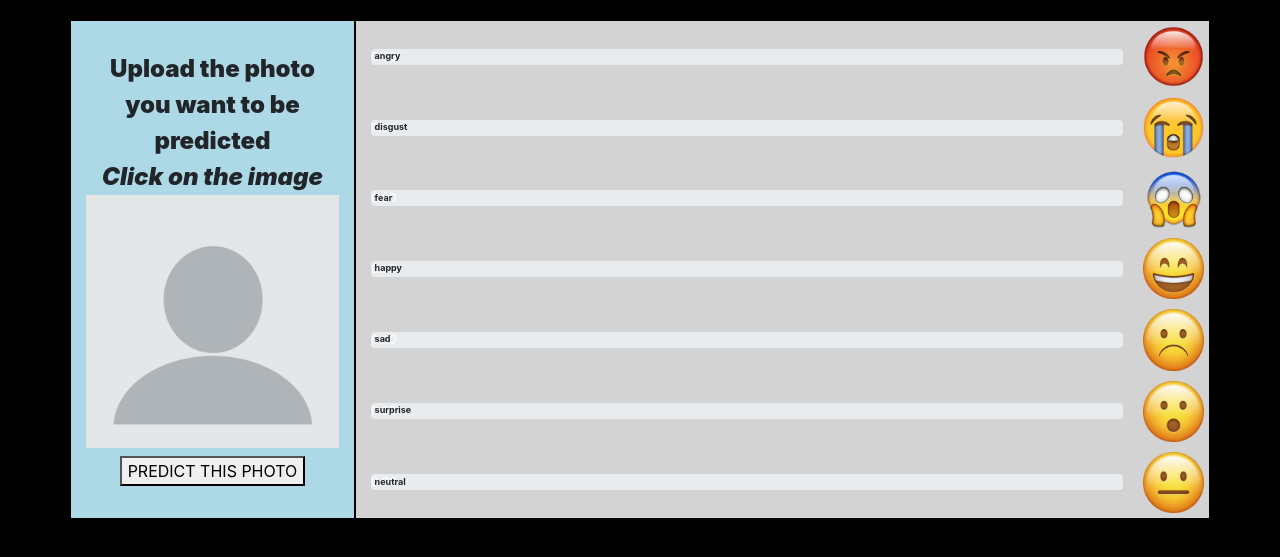
Repository: Jermaniac/TrabajoFinGradoGerman
Page: / (app in webprojectREACT/webexpresssionproject/)
These files come from the project's save history. The page is drawn as it stood at one moment and after the next save; the edit follows.
The browser window is 1280 px wide. The pictures show the whole page.
The project was rebuilt for these pictures with package versions that can differ from the ones it lists, and the page was loaded fresh each time.

Above is the page before, as saved 2021-05-05 13:25:58.

### webprojectREACT/webexpresssionproject/public/index.html
<!DOCTYPE html>
<html lang="en">
  <head>
    <meta charset="utf-8" />
    <link rel="icon" href="%PUBLIC_URL%/favicon.ico" />
    <meta name="viewport" content="width=device-width, initial-scale=1" />
    <meta name="theme-color" content="#000000" />
    <meta
      name="description"
      content="Web site created using create-react-app"
    />
    <title>Expression App</title>
  </head>
  <body>
    <div id="root"></div>
  </body>
</html>

### webprojectREACT/webexpresssionproject/src/index.js
import React from 'react';
import ReactDOM from 'react-dom';
import App from './components/App';
import './index.css'
// Bootstrap support for React
import 'bootstrap/dist/css/bootstrap.min.css'

import { configureStore } from './redux/configureStore'
import { Provider } from 'react-redux';

const store= configureStore();

const Root = (
  <Provider store={store}>
    <App />
  </Provider>
);

const rootElement = document.getElementById('root');

ReactDOM.render(
  Root,
  rootElement
);

### webprojectREACT/webexpresssionproject/src/components/App.jsx
import React from 'react'

import InfoExpressions from './InfoComponent'

import '../styles/App.css'
import { changeExpressions, changePhoto } from '../redux/actionCreators';

import { connect } from 'react-redux'
import FormComponent from './FormComponent';

const mapStateToProps = state => {
  return {
    expressions: state.expressions,
    photo: state.photo
  }
};

const mapDispatchToProps = dispatch => ({
  changeExpressions: (expressions) => dispatch(changeExpressions(expressions)),
  changePhoto: (photo) => dispatch(changePhoto(photo))
});

class App extends React.Component {

  render () {
    return (
        <div className="container">
          <div className="row">
              <FormComponent changeExpressions={this.props.changeExpressions}
              changePhoto={this.props.changePhoto}
              photo={this.props.photo}
              ></FormComponent>
              <InfoExpressions  expressions={this.props.expressions} ></InfoExpressions>
          </div>
        </div>
    );
  }

}

export default ( connect ( mapStateToProps, mapDispatchToProps )( App ))

### webprojectREACT/webexpresssionproject/src/redux/configureStore.js

import { createStore, combineReducers} from 'redux';
import { expressions } from './expressions'
import { photo } from './photo'

const combination = combineReducers({
    expressions,
    photo
});

export const configureStore = () => {

    const store = createStore(
        combination,
        // activate redux dev tools in browser
        window.__REDUX_DEVTOOLS_EXTENSION__ && window.__REDUX_DEVTOOLS_EXTENSION__()

    );

    return store;
}

### webprojectREACT/webexpresssionproject/src/components/InfoComponent.jsx
import React from 'react';
import '../styles/InfoComponent.css'

function InfoComponent({ expressions, photo }) {

  if (expressions) {
    let expressionsFormatted = formatProbabilities(expressions);

    return (
    <div className="col-12 col-md-8 col-lg-9" id="info">
        {
        expressionsFormatted.map((expression) => {
          let emojiSrc = `./assets/images/emoji_${expression.mood}.png`;
          return (
            <div className="row" key={expression.mood}>
              <div className="col-11">
                <div className="progress">
                  <div
                    id="barra"
                    className="progress-bar"
                    aria-valuemin="0"
                    aria-valuemax="100"
                    style={{ width: expression.probability + "%" }}
                  >
                    {expression.probability}
                  </div>
                  <span className="badge">{expression.mood}</span>
                </div>
              </div>
              <div className="col-1" id="imageEmoji">
                <img
                  src={emojiSrc}
                  alt="emoji"
                ></img>
              </div>
            </div>
          );
        })
        }
      </div>
    // <div></div>
    );
  } else {
    return (
          <div>
          </div>
    );
  }
}

function formatProbabilities(expressions){
    return expressions.map( (expression) => {
        return  {
            mood: expression.mood,
            probability: (expression.probability * 100).toFixed(2)
        }

    })

}

export default InfoComponent;

### webprojectREACT/webexpresssionproject/src/styles/App.css
.container {
    padding: 20px;
}

### webprojectREACT/webexpresssionproject/src/redux/actionCreators.js
import * as ActionTypes from './actionTypes'

export const changeExpressions = (expressions) => ({
    type: ActionTypes.CHANGE_EXPRESSIONS,
    payload: {
        expressions: expressions
    }
});

export const changePhoto = (photo) => ({
    type: ActionTypes.CHANGE_PHOTO,
    payload: {
        photoUrl: URL.createObjectURL(photo)
    }
})

### webprojectREACT/webexpresssionproject/src/components/FormComponent.jsx
import { useState } from 'react';
import ImageUploadService from '../services/image-upload.service';
import '../styles/FormComponent.css'

function FormComponent({ changeExpressions, changePhoto, photo }) {

  const [getPhotoFile, setPhotoFile] = useState();

  const selectPhoto = (event) => {
    const photoSelect = event.target.files[0];
    setPhotoFile(photoSelect);
    changePhoto(photoSelect);
  };

  const requestPredict = () => {
    ImageUploadService.getMood(getPhotoFile).then((response) => {
      if (response) {
        console.log("Call API success!");
        changeExpressions(response.expressions);
      } else {
        console.log("Call API failed.");
      }
    });
  };

  return (
    <div className="col-12 col-md-4 col-lg-3" id="form">
      <div className="row">
        <div id="title">Upload the photo you want to be predicted</div>
      </div>
      <div className="row">
        <div id="instruction">Click on the image</div>
      </div>
      <div className="row">
        <label htmlFor="photo">
          <input
            type="file"
            name="photo"
            id="photo"
            accept="image/*"
            style={{ display: "none" }}
            onChange={selectPhoto}
          ></input>
          <img src={photo.photoUrl} alt="blankPic"></img>
        </label>
      </div>
      <div className="row">
        <button id="buttonSubmit" onClick={requestPredict}>
          PREDICT THIS PHOTO
        </button>
      </div>
    </div>
  );
}

export default FormComponent;

### webprojectREACT/webexpresssionproject/src/redux/expressions.js
import { EXPRESSIONS } from '../shared/expressions';
import * as ActionTypes from './actionTypes'

export const expressions = ( state = EXPRESSIONS, action ) => {
    switch (action.type) {
        case ActionTypes.CHANGE_EXPRESSIONS:
            let expressions = action.payload.expressions;
            return expressions;
        default:
            return state;
    }
};

### webprojectREACT/webexpresssionproject/src/redux/photo.js
import { PHOTO } from '../shared/photo';
import * as ActionTypes from './actionTypes'

export const photo = ( state = PHOTO, action ) => {
    switch (action.type) {
        case ActionTypes.CHANGE_PHOTO:
            let photo = action.payload;
            return photo;
        default:
            return state;
    }
};

### webprojectREACT/webexpresssionproject/src/styles/InfoComponent.css
.container-fluid {
    display: grid;
}
.col-11 {
    align-self: center;
}

#info {
    background-color: lightgrey;
    display: grid;
    border: 1px solid black;
}

### webprojectREACT/webexpresssionproject/src/redux/actionTypes.js
export const CHANGE_EXPRESSIONS = 'CHANGE_EXPRESSIONS'
export const CHANGE_PHOTO = 'CHANGE_PHOTO'

### webprojectREACT/webexpresssionproject/src/services/image-upload.service.js

const keyFile = "photo";
const urlApi =  "http://ec2-3-235-24-57.compute-1.amazonaws.com:9004/getMood";

class ImageUploadService {

  getMood(file) {

    const formData = new FormData();
    formData.append(keyFile, file);

    return fetch(urlApi, {
      method: "POST",
      body: formData,
    })
      .then((response) => response.json())
      .then((data) => {
        return data;
      })
      .catch((error) => console.error(error));
  }

}

export default new ImageUploadService();

### webprojectREACT/webexpresssionproject/src/styles/FormComponent.css

#form {
    background-color: lightblue;
    padding:30px;
    border: 1px solid black;
}

#imageEmoji {
    padding: 5px;
}

#form > .row {
    justify-content: center;
    text-align: center;
}

#form > .row > div{
    font-weight: 900;
    font-size: x-large;
}
#form > .row > #title{
    font-style: initial;
}
#form >.row > #instruction{
    font-style: italic;
}

img {
    width: 100%;
}

### webprojectREACT/webexpresssionproject/src/shared/expressions.js
export const EXPRESSIONS =
    [
        {
            mood: "angry",
            probability: 0.0
        },
        {
            mood: "disgust",
            probability: 0.0
        },
        {
            mood: "fear",
            probability: 0.0
        },
        {
            mood: "happy",
            probability: 0.0
        },
        {
            mood: "sad",
            probability: 0.0
        },
        {
            mood: "surprise",
            probability: 0.0
        },
        {
            mood: "neutral",
            probability: 0.0
        }
];

### webprojectREACT/webexpresssionproject/src/shared/photo.js
export const PHOTO =
    {
        photoUrl: "assets/images/blankPhoto.png"
    }

Loaded but not shown: webprojectREACT/webexpresssionproject/src/index.css (common file)

After the next save:
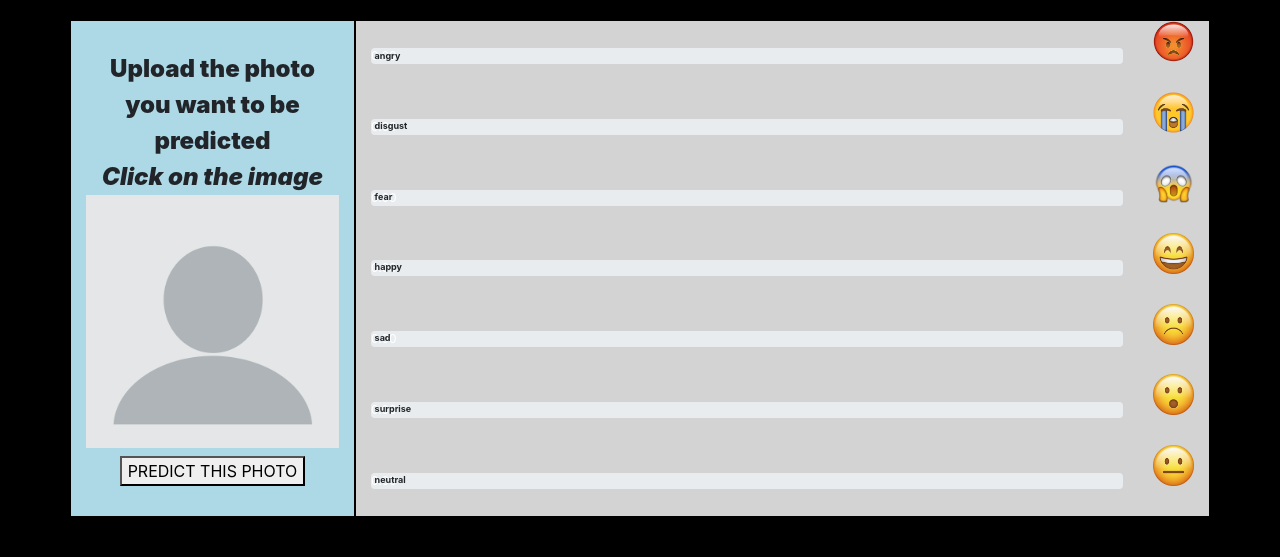
Saved 81 s later.
--- a/webprojectREACT/webexpresssionproject/src/styles/FormComponent.css
+++ b/webprojectREACT/webexpresssionproject/src/styles/FormComponent.css
@@ -3,10 +3,6 @@
     background-color: lightblue;
     padding:30px;
     border: 1px solid black;
-}
-
-#imageEmoji {
-    padding: 5px;
 }
 
 #form > .row {
